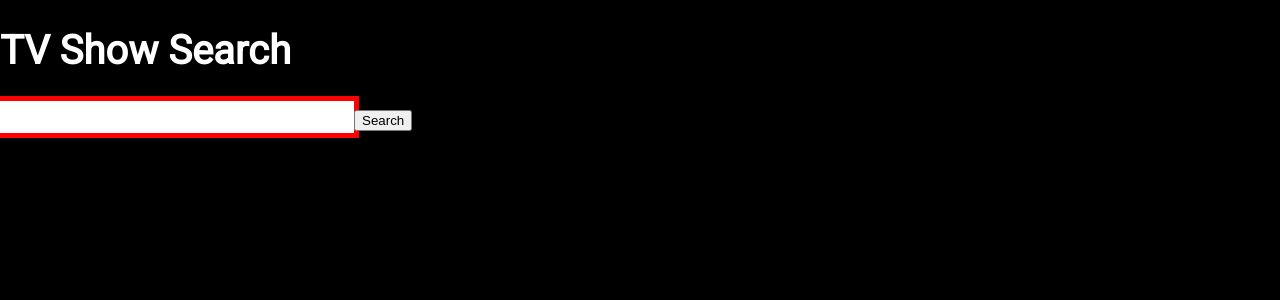
Repository: shayanabedi98/tv-search-react
Page: /
These files come from the project's save history. The page is drawn as it stood at one moment and after the next save; the edit follows.
The browser window is 1280 px wide. The pictures show the whole page.
The first visible `.search input` has the focus.
The project was rebuilt for these pictures with package versions that can differ from the ones it lists, and the page was loaded fresh each time. Also part of the build but not shown: vite.config.js.

Above is the page before, as saved 2024-01-02 02:26:10.

After the next save:
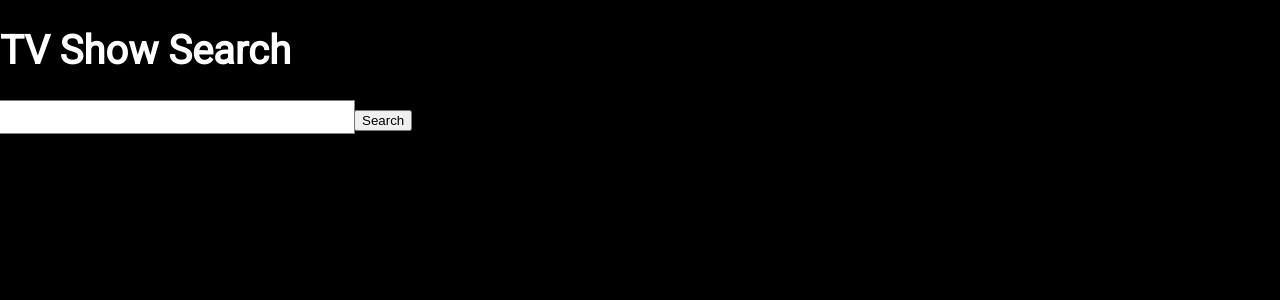
Saved 13 s later.
--- a/src/index.css
+++ b/src/index.css
@@ -21,5 +21,5 @@ body {
 }
 
 .search input:focus {
-  outline: 5px red solid;
+  outline: 1px grey solid;
 }
